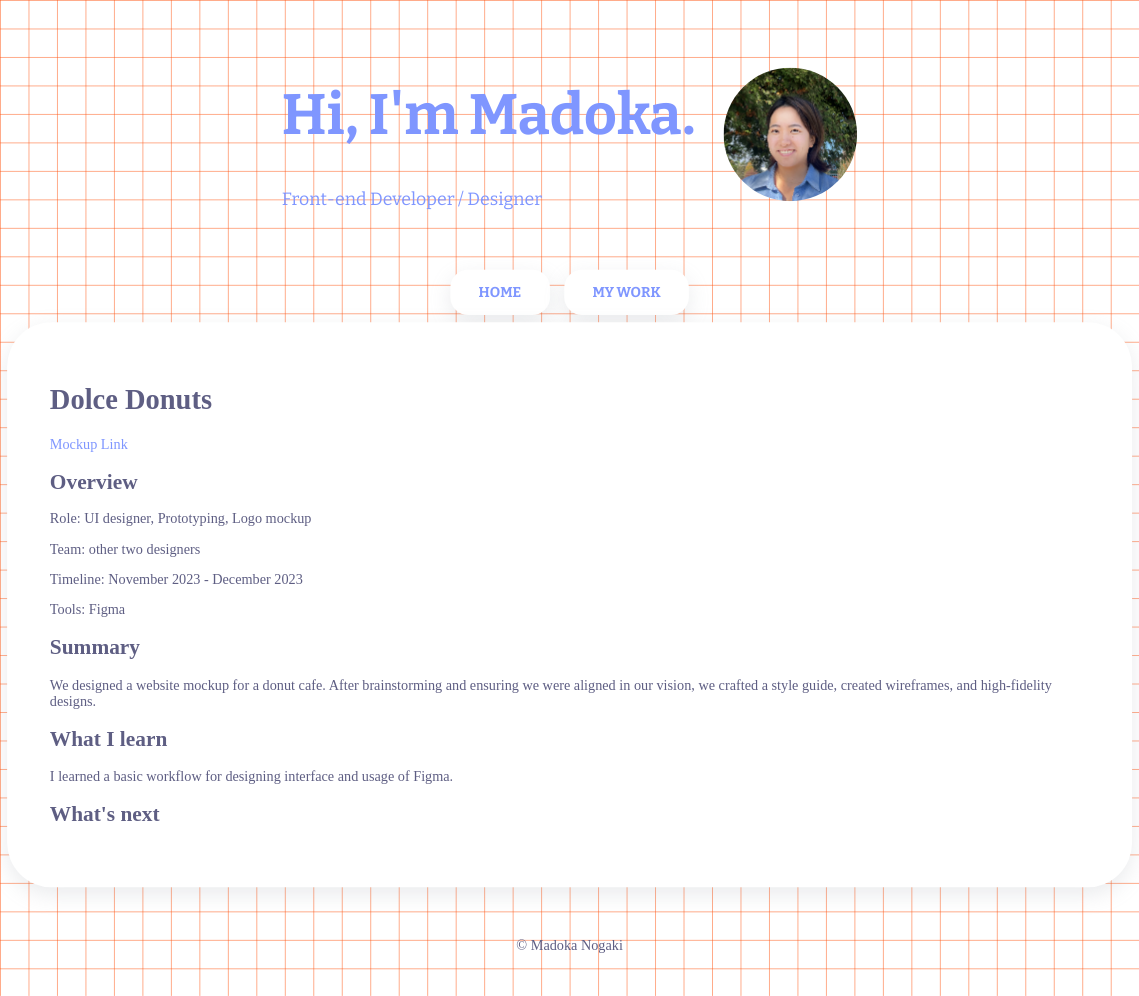
Repository: ohmaruko/portfolio
Page: /links/dolcedonuts
These files come from the project's save history. The page is drawn as it stood at one moment and after the next save; the edit follows.
The browser window is 1280 px wide. The pictures show the whole page, at 89% of full size.
The project was rebuilt for these pictures with package versions that can differ from the ones it lists, and the page was loaded fresh each time. The framework's server and built-in components were replaced by stand-ins that run in the browser. Also part of the build but not shown: next.config.mjs.

Above is the page before, as saved 2024-02-18 00:57:29.

After the next save:
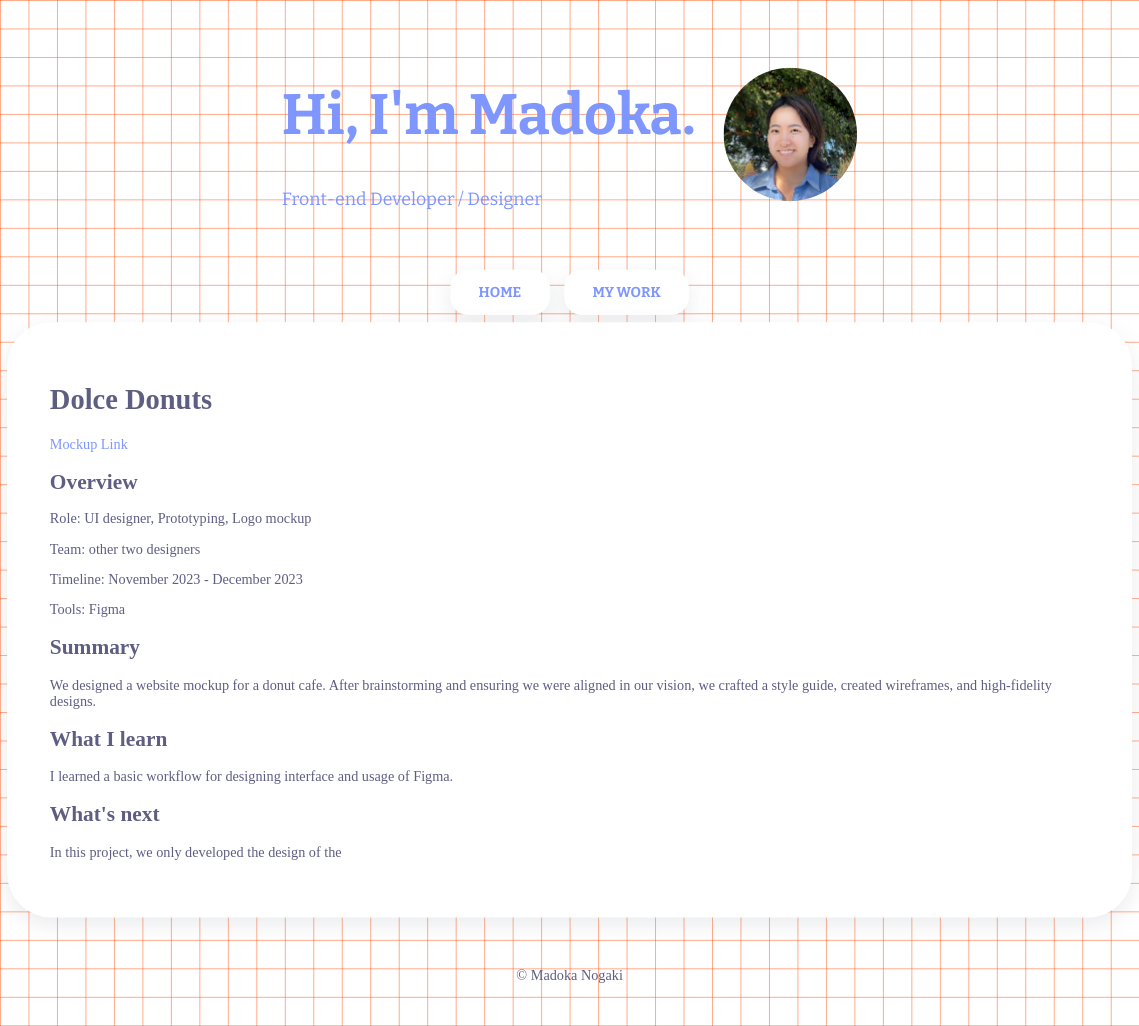
Saved 15 s later.
--- a/pages/links/dolcedonuts.js
+++ b/pages/links/dolcedonuts.js
@@ -36,7 +36,7 @@ export default function Works() {
               <h2>What I learn</h2>
               <p>I learned a basic workflow for designing interface and usage of Figma.</p>
               <h2>What's next</h2>
-              <p></p>
+              <p>In this project, we only developed the design of the </p>
             </div>
           }/>
         </main>
